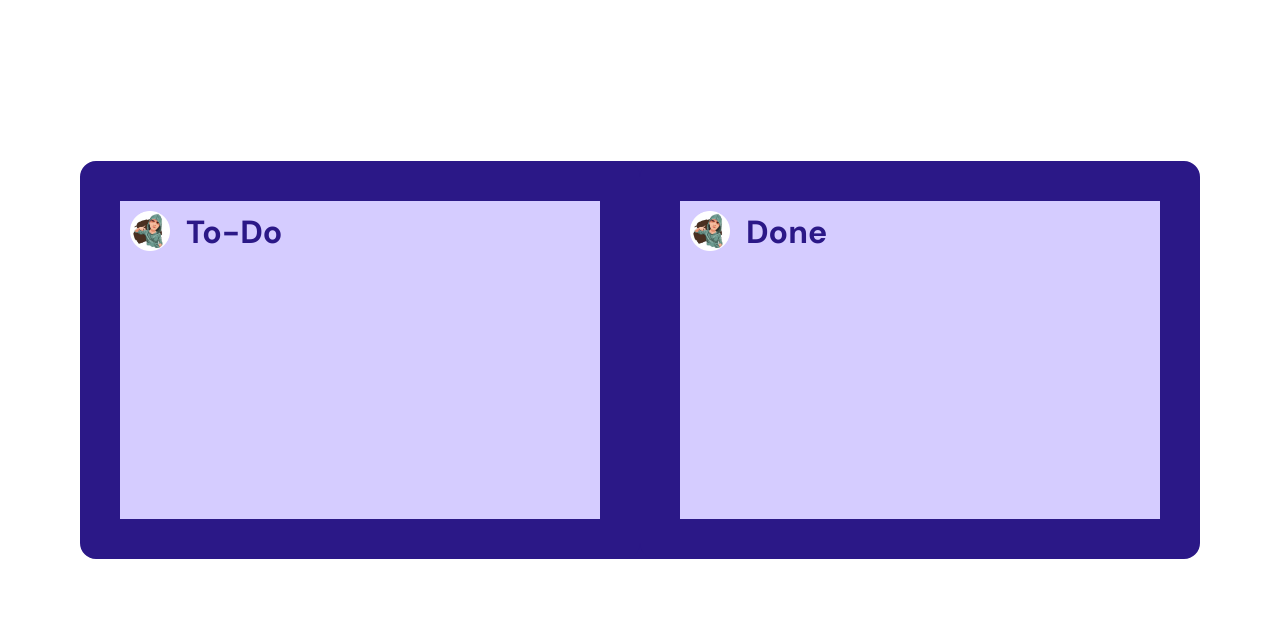
Repository: VitasYo/Kanban
Page: index.html
These files come from the project's save history. The page is drawn as it stood at one moment and after a run of saves; the edit follows.
The browser window is 1280 px wide. The pictures show the whole page.

Above is the page before, as saved 2024-04-14 23:29:41.

### index.html
<!DOCTYPE html>
<html lang="en">
<head>
  <meta charset="UTF-8">
  <meta name="viewport" content="width=device-width, initial-scale=1.0">
  <link rel="stylesheet" href="./src/assets/css/index.css">
  <title>To-Do-List-Kanban</title>
</head>
<body>
  <main class="kanban">
    <section class="kanban__column kanban__column_to_do">
      <div class="kanban__title_and_icon">
        <img height=40 width=40 src="src/assets/img/Avatar.jpg" alt="Аватар">
        <h2 class="kanban__title">To-Do</h2>
      </div>

    </section>

    <section class="kanban__column kanban__column--done">
      <div class="kanban__title_and_icon">
        <img height=40 width=40 src="src/assets/img/Avatar.jpg" alt="Аватар">
        <h2 class="kanban__title">Done</h2>
      </div>
    </section>
  </main>
  </body>
<script src="./src/assets/js/index.js"></script>
</html>

### src/assets/css/index.css
@import url('https://fonts.googleapis.com/css2?family=DM+Sans:opsz,wght@9..40,100;9..40,200;9..40,300;9..40,400;9..40,500;9..40,600;9..40,700;9..40,800;9..40,900;9..40,1000&display=swap');
@import './component/_kanban.css';
@import './_media.css';



* {
  font-family: 'DM Sans', sans-serif;
}

* {
  box-sizing: border-box;
  margin: 0;
  padding: 0;
}

body {
  font-family: 'Arial', sans-serif;
  background-color: white;
  color: white;
  display: flex;
  flex-direction: column;
  min-height: 100vh;
}


.header__title,
.footer__text {
  margin: 0;
  padding: 10px 0;
}

.container {
  width: 100%;
  padding-right: 15px;
  padding-left: 15px;
  margin-right: auto;
  margin-left: auto;
}

### src/assets/css/component/_kanban.css
.kanban {
    display: flex;
    flex-wrap: wrap;
    justify-content: space-around;
    flex-grow: 1;
    flex: 0 0 100%;
    border-radius: 32px;
    background-color: #2B1887;
    display: grid;
    grid-template-columns: 1fr 1fr;
    margin: auto;
}

.kanban__column {
    height: 398px;
    width: 560px;
    background-color: #D5CCFF;
    border-radius: 16px;
    padding: 10px;
    border: 40px solid #2B1887;
}

.kanban__title {
    color: #2B1887;
    font-size: 32px;
    margin-bottom: 24px;
    padding-left: 16px;
}

.kanban__title_and_icon {
    display: flex;
}

### src/assets/css/_media.css
@media (min-width: 576px) {
    .container {
        max-width: 540px;
    }
}

@media (min-width: 768px) {
    .container {
        max-width: 720px;
    }
}

@media (min-width: 992px) {
    .container {
        max-width: 960px;
    }
}

@media (min-width: 1200px) {
    .container {
        max-width: 1140px;
    }
}

@media (min-width: 1400px) {
    .container {
        max-width: 1320px;
    }
}

@media screen and (min-width: 640px) {
    .kanban__column {
        flex: 0 0 calc(33.333% - 20px);
    }
}

Loaded but not shown: src/assets/js/index.js (no stored copy; drawn as an empty file)

After the next 2 saves:
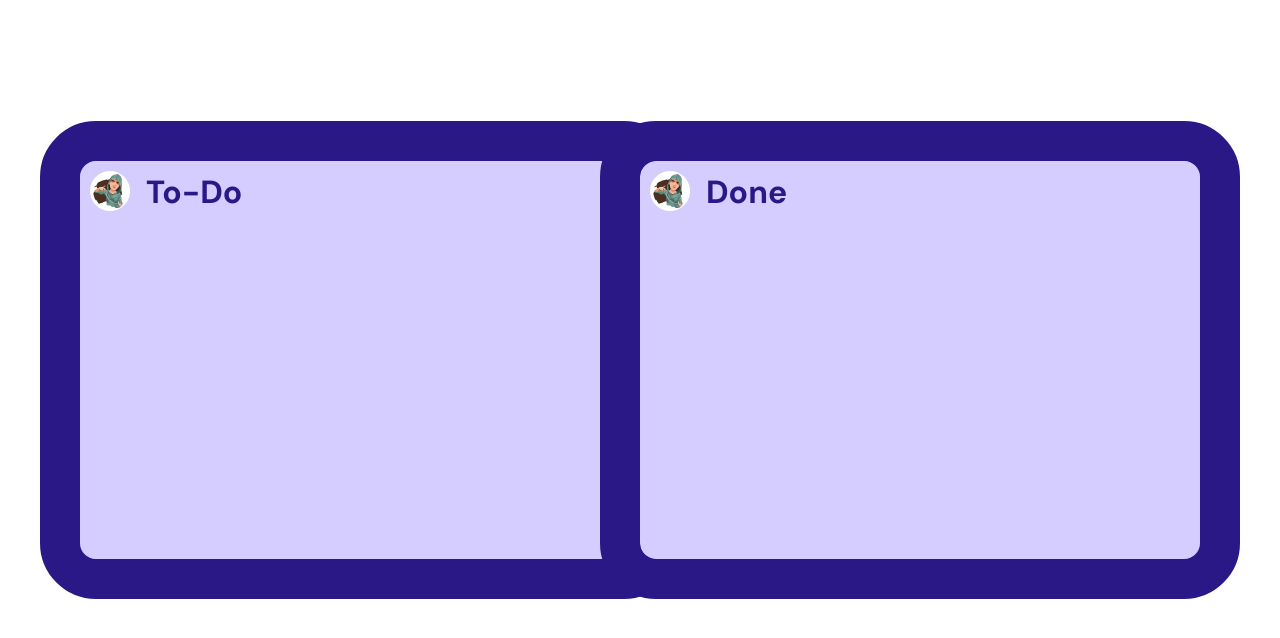
The 2 saves are shown as one change because they came seconds apart.
The last was saved 9 s later.
--- a/src/assets/css/component/_kanban.css
+++ b/src/assets/css/component/_kanban.css
@@ -17,7 +17,7 @@
     background-color: #D5CCFF;
     border-radius: 16px;
     padding: 10px;
-    border: 40px solid #2B1887;
+    outline: 40px solid #2B1887;
 }
 
 .kanban__title {
